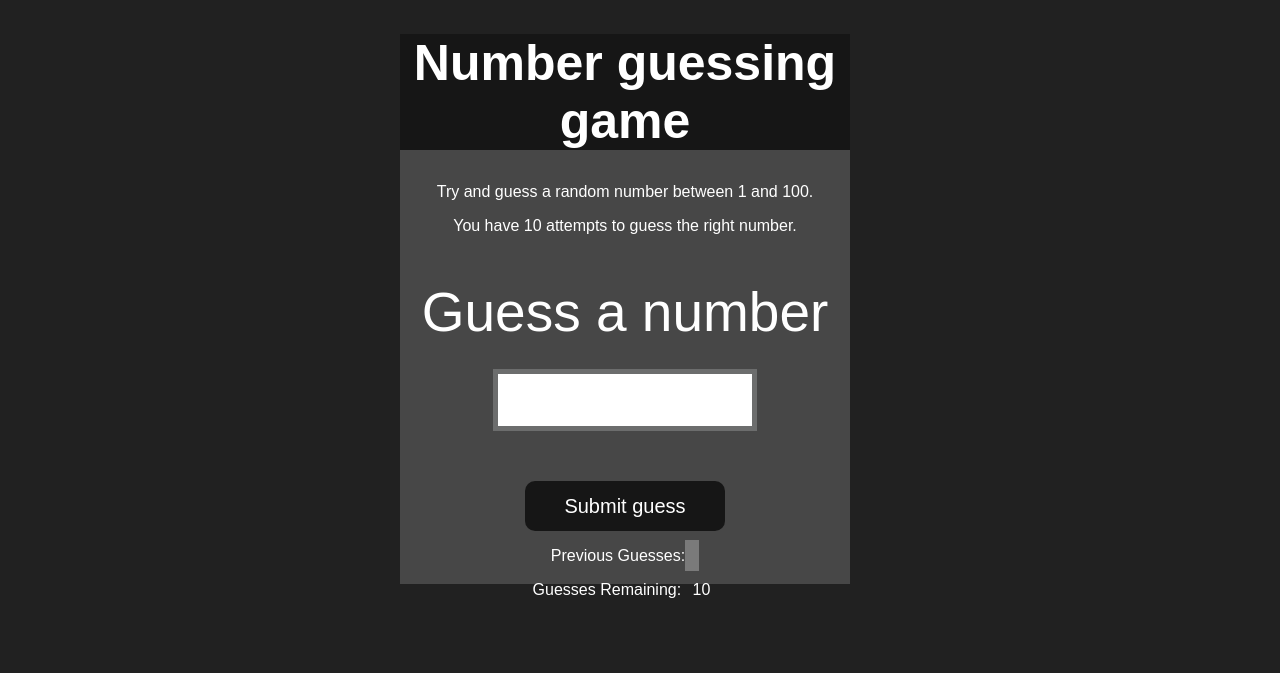
Repository: Chiranshukapil/Mini-project
Page: index.html
These files come from the project's save history. The page is drawn as it stood at one moment and after a run of saves; the edit follows.
The browser window is 1280 px wide. The pictures show the whole page.

Above is the page before, as saved 2024-06-23 21:55:51.
Not found: style.js
Not found: styles.css

After the next 3 saves:
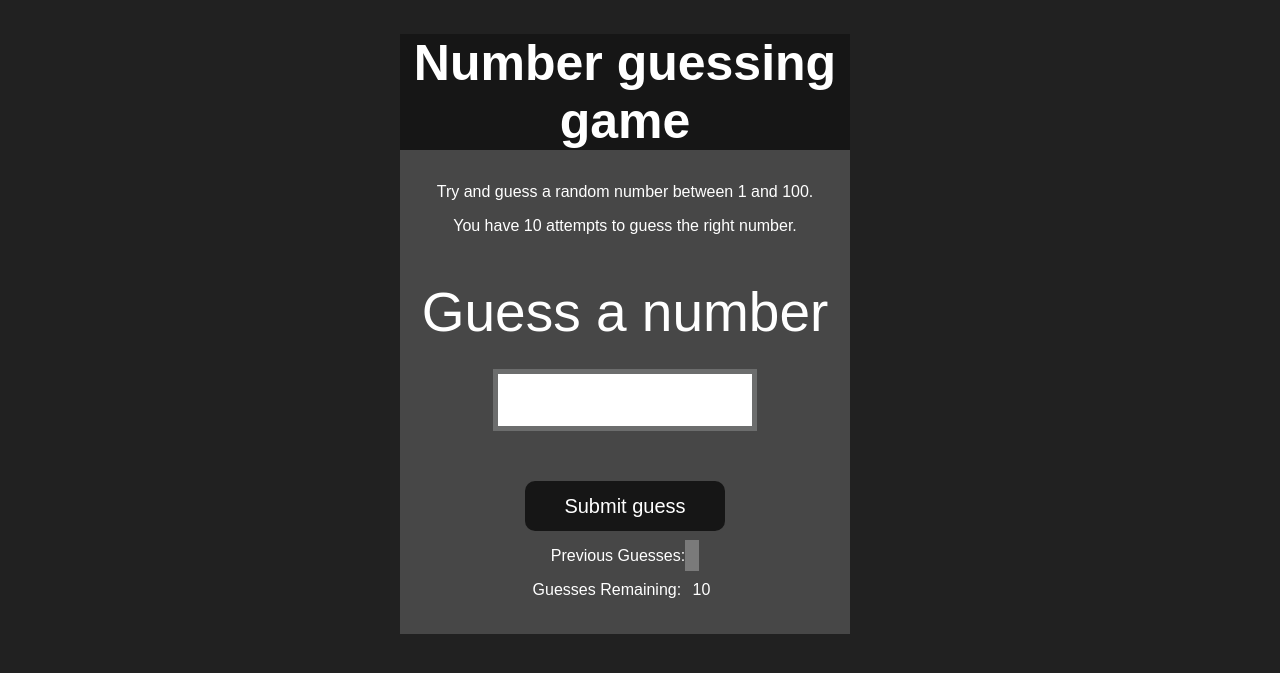
The 3 saves are shown as one change because they came seconds apart.
The last was saved 13 min 29 s later.
--- a/style.css
+++ b/style.css
@@ -72,7 +72,7 @@ button {
     box-sizing: border-box;
     text-align: center;
     width: 450px;
-    height: 550px;
+    height: 600px;
     background-color: #474747;
     color: #fff;
     font-size: 25px;
